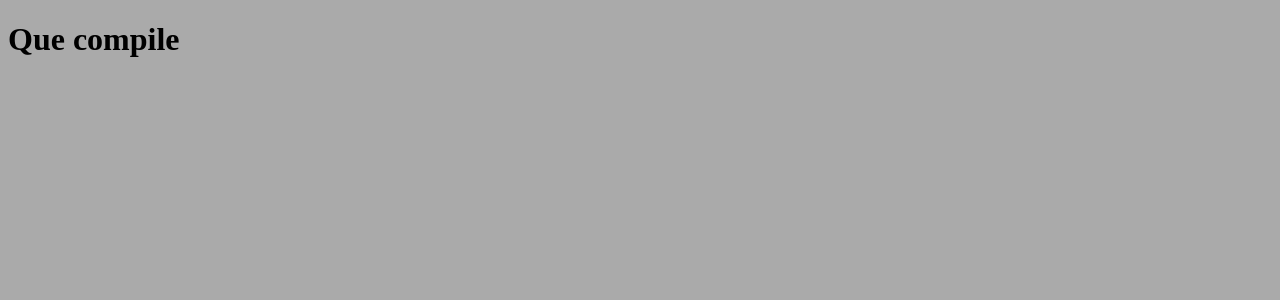
Repository: Alan966/Sass-desde-cero
Page: claseTwo/index.html
These files come from the project's save history. The page is drawn as it stood at one moment and after the next save; the edit follows.
The browser window is 1280 px wide. The pictures show the whole page.
The style sheet was rebuilt from its Sass, Less or Tailwind sources for each picture, by a compiler version that may differ from the author's.

Above is the page before, as saved 2022-09-06 15:48:31.

### claseTwo/index.html
<!DOCTYPE html>
<html lang="en">
<head>
    <meta charset="UTF-8">
    <meta http-equiv="X-UA-Compatible" content="IE=edge">
    <meta name="viewport" content="width=device-width, initial-scale=1.0">
    <title>clase 2 de sass</title>
    <link rel="stylesheet" href="./main.css">
</head>
<body>
    <h1>Que compile</h1>
</body>
</html>

### claseTwo/main.sass
body
    background: #AAAAAA

a
    color: #FF851B

After the next save:
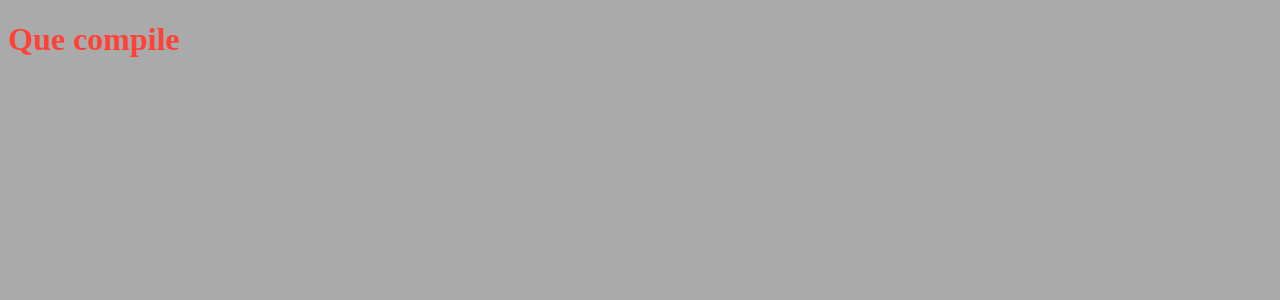
Saved 13 s later.
--- a/claseTwo/main.sass
+++ b/claseTwo/main.sass
@@ -3,3 +3,6 @@
 
 a
     color: #FF851B
+
+h1
+    color: #FF4136
